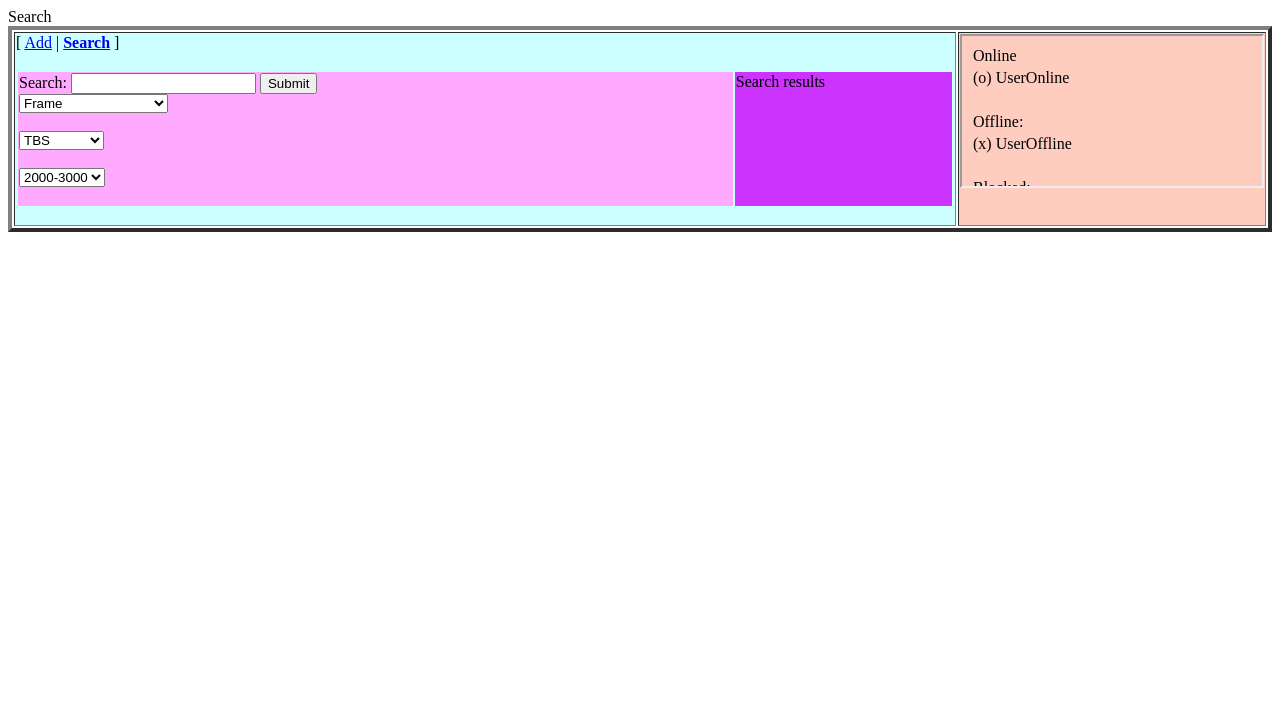
Repository: nevinleiby/SwapRC
Page: search_interface.html
The author's editor kept a copy of each file at every save. The page is drawn from the files as they stood at one save, then again after the next save.
The browser window is 1280 px wide. The pictures show the whole page.

Above is the page before, as saved 2019-09-08 01:51:02.

After the next save:
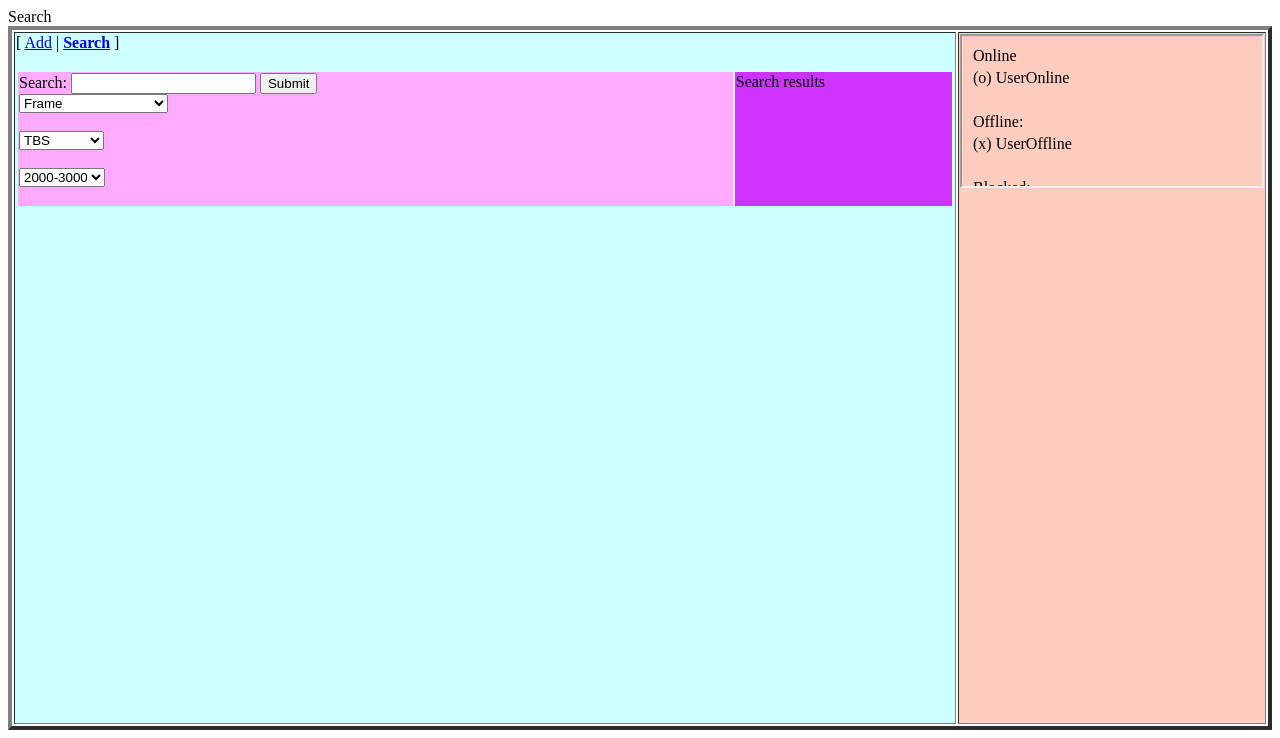
Saved 51 s later.
--- a/search_interface.html
+++ b/search_interface.html
@@ -5,7 +5,7 @@
     <body>
             Search
             <br>
-            <table border=4 width=100%>
+            <table border=4 width=100% height=100%>
                 <tr border=4>
                     <td width = 80% border=2 bgcolor="#ccffff" valign=top>
                         [
